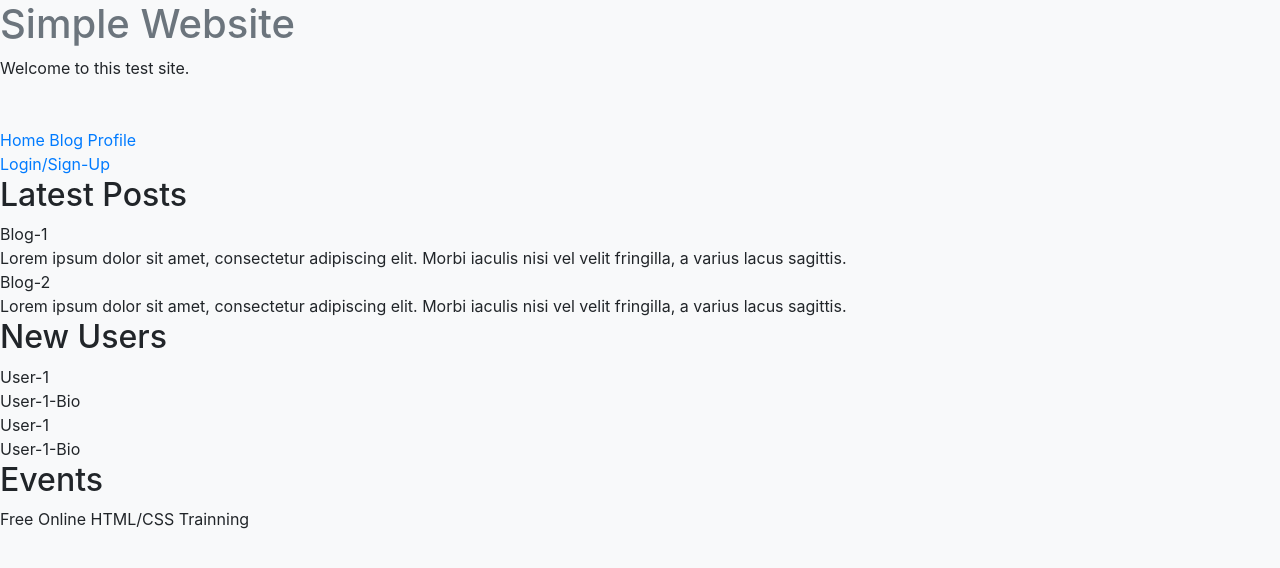
Repository: AbeTavarez/aws_sample_apps
Page: basic_website/index.html
The author's editor kept a record of every edit. The page is drawn from the files as they stood at one moment, then again after the next edit.
The browser window is 1280 px wide. The pictures show the whole page.

Above is the page before.

### basic_website/index.html
<!DOCTYPE html>
<html>
    <head>
        <meta charset="UTF-8" />
        <meta name="viewport" content="width=device-width, initial-scale=1.0" />
        <meta http-equiv="X-UA-Compatible" content="ie=edge" />


        <link rel="stylesheet" href="https://stackpath.bootstrapcdn.com/bootstrap/4.5.2/css/bootstrap.min.css" integrity="sha384-JcKb8q3iqJ61gNV9KGb8thSsNjpSL0n8PARn9HuZOnIxN0hoP+VmmDGMN5t9UJ0Z" crossorigin="anonymous">
        <link rel="stylesheet" href="/styles.css" type="text/css" />
        <title>Simple Website</title>
    </head>
    <body class="bg-light">
        <header>
            <div class="text-secondary h1">Simple Website</div>
            <div>Welcome to this test site.</div>
        </header>

        <nav class="mt-5">
            <a href="#home">Home</a>
            <a href="#blog">Blog</a>
            <a href="profile">Profile</a>
            <div href="#log-menu">
                <a href="#login">Login/Sign-Up</a>
            </div>
        </nav>

        <main>
            <!--Latest posts section-->
            <section class="latest-posts">
                <h2>Latest Posts</h2>

                <div class="last-two-posts">

                    <div class="post-card">
                        <div class="post-card-title">Blog-1</div>
                        <div class="post-card-body">
                            Lorem ipsum dolor sit amet, consectetur adipiscing elit.
                            Morbi iaculis nisi vel velit fringilla, a varius lacus sagittis.
                        </div>

                         <div class="post-card">
                        <div class="post-card-title">Blog-2</div>
                        <div class="cpost-ard-body">
                            Lorem ipsum dolor sit amet, consectetur adipiscing elit.
                            Morbi iaculis nisi vel velit fringilla, a varius lacus sagittis.
                        </div>

                    </div>
                </div>
            </section>
            <!--New users section -->
            <section class="new-users">
                <h2>New Users</h2>

                <div class="last-two-users">

                    <div class="users-card">
                        <div class="users-card-name">User-1</div>
                        <div class="users-card-bio">User-1-Bio</div>
                    </div>

                     <div class="users-card">
                        <div class="users-card-name">User-1</div>
                        <div class="users-card-bio">User-1-Bio</div>
                    </div>
                </div>
            </section>

            <section class="events">
                <h2>Events</h2>

                <div class="latest-events">

                    <div class="event-card">Free Online HTML/CSS Trainning</div>

                </div>
            </section>
        </main>


    </body>
</html>

Loaded but not shown: styles.css (no stored copy; drawn as an empty file)

After the next edit:
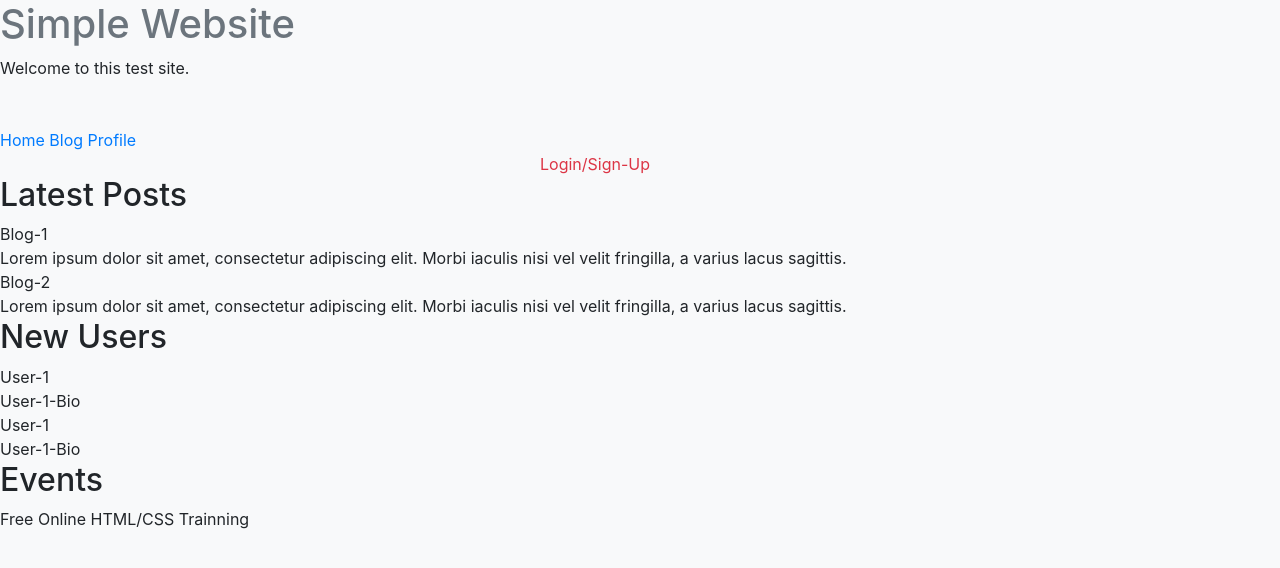
The edit:
--- a/basic_website/index.html
+++ b/basic_website/index.html
@@ -20,8 +20,8 @@
             <a href="#home">Home</a>
             <a href="#blog">Blog</a>
             <a href="profile">Profile</a>
-            <div href="#log-menu">
-                <a href="#login">Login/Sign-Up</a>
+            <div href="#log-menu" class="mx-auto" style="width: 200px;">
+                <a href="#login" class="text-danger text-bold">Login/Sign-Up</a>
             </div>
         </nav>
 
